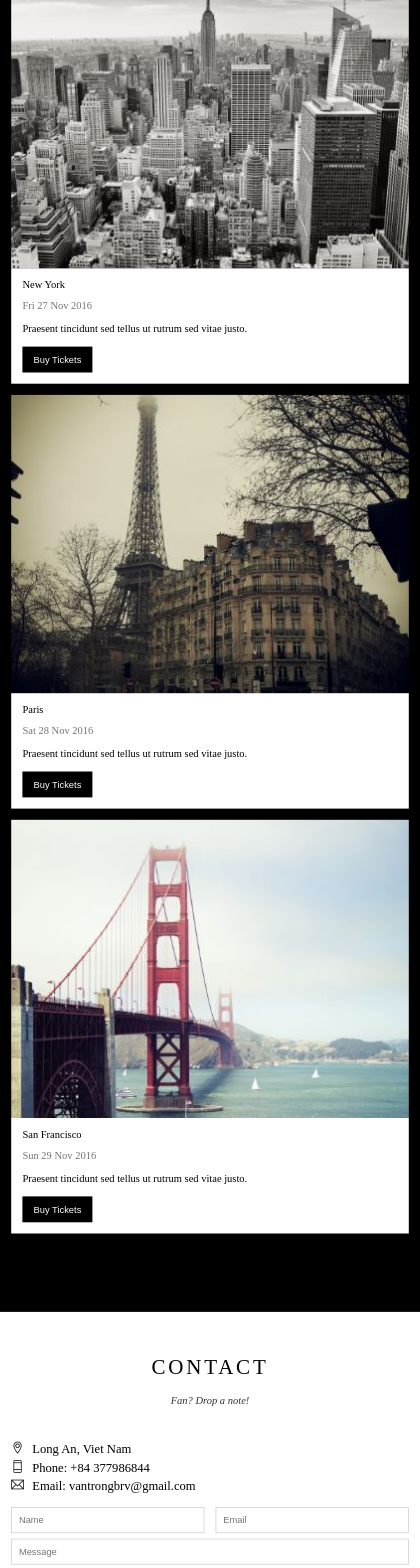
Repository: vanntrong/w3_band
Page: index.html
The author's editor kept a copy of each file at every save. The page is drawn from the files as they stood at one save, then again after the next save.
The browser window is 600 px wide. The pictures show the part of the page from y = 2873 to 5113 px (the page is 5751 px tall), at 70% of full size.

Above is the page before, as saved 2021-08-27 20:38:20.

### index.html
<!DOCTYPE html>
<html lang="en">
  <head>
    <meta charset="UTF-8" />
    <meta http-equiv="X-UA-Compatible" content="IE=edge" />
    <meta name="viewport" content="width=device-width, initial-scale=1.0" />
    <title>BLΛƆKPIИK</title>
    <link rel="stylesheet" href="./assest/css/reset.css" />
    <link rel="stylesheet" href="./assest/css/index.css" />
    <link rel="stylesheet" href="./assest/css/responsive.css" />
    <link rel="stylesheet" href="./assest/font/themify-icons-font/themify-icons/themify-icons.css" />
    <link rel="stylesheet" href="./script/script.js" />
  </head>
  <body>
    <div id="main">
      <div id="header">
        <!-- Begin: nav -->
        <ul id="nav">
          <li><a href="#">Home</a></li>
          <li><a href="#about">Band</a></li>
          <li><a href="#tour">Tour</a></li>
          <li><a href="#contact">Contact</a></li>
          <li>
            <a href="#">
              More
              <i class="nav-arrow-down ti-angle-down"></i>
            </a>
            <ul class="subnav">
              <li><a href="#">Merchandise</a></li>
              <li><a href="#">Extras</a></li>
              <li><a href="#">Media</a></li>
            </ul>
          </li>
        </ul>
        <!-- End: nav -->

        <!-- Begin: Search button -->
        <div class="search-btn">
          <i class="search-icon ti-search"></i>
        </div>
        <!-- End: Search button -->

        <!-- Begin: mobile menu -->
        <div id="mobile-menu" class="mobile-menu-btn">
          <i class="menu-icon ti-menu"></i>
        </div>
        <!-- End: mobile menu -->
      </div>

      <div id="slider">
        <div class="text-content">
          <h2 class="text-heading">BLACKPINK</h2>
          <div class="text-description">BLACKPINK IN YOUR AREA</div>
        </div>
      </div>

      <div id="content">
        <div class="about-section">
          <!-- About section -->
          <div class="content-section" id="about">
            <a href="https://www.instagram.com/blackpinkofficial/" target="blank"
              ><h2 class="section-heading">BLΛƆKPIИK</h2></a
            >
            <p class="section-sub-heading">BLACKPINK In Your Area</p>
            <p class="about-text">
              Blackpink (Hangul: 블랙핑크; thường được viết cách điệu là BLACKPINK hoặc BLΛƆKPIИK) là một nhóm nhạc nữ
              Hàn Quốc do công ty YG Entertainment thành lập và quản lý. Nhóm gồm 4 thành viên Jisoo, Jennie, Rosé,
              Lisa. Blackpink chính thức ra mắt với album đĩa đơn đầu tay mang tên Square One gồm hai ca khúc
              "Boombayah" và "Whistle". Cả hai sau đó đã lọt vào bảng xếp hạng World Digital Songs của Billboard và bảng
              xếp hạng nhạc số Gaon của Hàn Quốc. Blackpink là nhóm nhạc nữ Hàn Quốc có thứ hạng cao nhất trên bảng xếp
              hạng Billboard Hot 100 khi đạt vị trí thứ 13 với "Ice Cream" (2020) và trên Billboard 200 với The Album
              (2020) ở vị trí thứ hai. Blackpink là nhóm nhạc nữ K-pop đầu tiên lọt vào và dẫn đầu bảng xếp hạng
              Emerging Artists của Billboard đồng thời sở hữu ba đĩa đơn quán quân trên bảng xếp hạng World Digital Song
              Sales của Billboard. Họ cũng là nhóm nhạc nữ Hàn Quốc đầu tiên nhận được chứng nhận từ Hiệp hội Công
              nghiệp ghi âm Hoa Kỳ (RIAA) cho đĩa đơn "Ddu-Du Ddu-Du" (2018) – video âm nhạc có nhiều lượt xem nhất trên
              YouTube của một nhóm nhạc Hàn Quốc. Blackpink cũng là nhóm sở hữu số lượng bài hát lọt vào top 40 tại
              Vương quốc Anh nhiều nhất. Ca khúc "Kiss and Make Up" là bài hát đầu tiên của một nhóm nhạc nữ Hàn Quốc
              nhận được chứng nhận từ British Phonographic Industry và được chứng nhận đĩa bạch kim bởi Hiệp hội Công
              nghiệp Ghi âm Úc (ARIA).
            </p>
            <div class="member-list">
              <div class="member-item">
                <a href="https://www.instagram.com/sooyaaa__/" target="blank"><p class="member-name">Jisoo</p></a>
                <a href="https://www.instagram.com/sooyaaa__/" target="blank"
                  ><img src="./assest/img/team/jisoo/jisoo.jpg" alt="Image-of-Jisoo" class="member-img"
                /></a>
              </div>
              <div class="member-item">
                <a href="https://www.instagram.com/lalalalisa_m/" target="blank"><p class="member-name">Lisa</p></a>
                <a href="https://www.instagram.com/lalalalisa_m/" target="blank"
                  ><img src="./assest/img/team/lisa/lisa.jpg" alt="Image of Jisoo" class="member-img"
                /></a>
              </div>
              <div class="member-item">
                <a href="https://www.instagram.com/roses_are_rosie/" target="blank"><p class="member-name">Rosé</p></a>
                <a href="https://www.instagram.com/roses_are_rosie/" target="blank"
                  ><img src="./assest/img/team/rose/rose.jpg" alt="Image of Jisoo" class="member-img"
                /></a>
              </div>
              <div class="member-item">
                <a href="https://www.instagram.com/jennierubyjane/" target="blank"><p class="member-name">Jennie</p></a>
                <a href="https://www.instagram.com/jennierubyjane/" target="blank"
                  ><img src="./assest/img/team/jennie/jennie.jpg" alt="Image of Jisoo" class="member-img"
                /></a>
              </div>
            </div>
          </div>
        </div>
        <div class="tour-section">
          <!-- tour section -->
          <div id="tour" class="content-section">
            <h2 class="section-heading text-white">TOUR DATES</h2>
            <p class="section-sub-heading text-white">Remember to book your tickets!</p>

            <ul class="ticket-list">
              <li>September <span class="sold-out">Sold out</span></li>
              <li>October <span class="sold-out">Sold out</span></li>
              <li>November <span class="quantity">3</span></li>
            </ul>

            <!-- places -->
            <div class="places-list">
              <div class="place-item">
                <img src="./assest/img/places/newyork.jpg" alt="New York" class="place-img" />
                <div class="place-body">
                  <h3 class="place-heading">New York</h3>
                  <p class="place-time">Fri 27 Nov 2016</p>
                  <p class="place-desc text-black">Praesent tincidunt sed tellus ut rutrum sed vitae justo.</p>
                  <button class="place-buy-btn js-buy-ticket">Buy Tickets</button>
                </div>
              </div>
              <div class="place-item">
                <img src="./assest/img/places/paris.jpg" alt="Paris" class="place-img" />
                <div class="place-body">
                  <h3 class="place-heading">Paris</h3>
                  <p class="place-time">Sat 28 Nov 2016</p>
                  <p class="place-desc text-black">Praesent tincidunt sed tellus ut rutrum sed vitae justo.</p>
                  <button class="place-buy-btn js-buy-ticket">Buy Tickets</button>
                </div>
              </div>
              <div class="place-item">
                <img src="./assest/img/places/sanfran.jpg" alt="San Francisco" class="place-img" />
                <div class="place-body">
                  <h3 class="place-heading">San Francisco</h3>
                  <p class="place-time">Sun 29 Nov 2016</p>
                  <p class="place-desc text-black">Praesent tincidunt sed tellus ut rutrum sed vitae justo.</p>
                  <button class="place-buy-btn js-buy-ticket">Buy Tickets</button>
                </div>
              </div>
              <div class="clear"></div>
            </div>
          </div>
        </div>

        <!-- begin: contact section -->
        <div id="contact" class="content-section">
          <h2 class="section-heading text-black">CONTACT</h2>
          <p class="section-sub-heading text-black">Fan? Drop a note!</p>

          <div class="row contact-content">
            <div class="col col-half s-col-full contact-info">
              <p><i class="ti-location-pin"></i>Long An, Viet Nam</p>
              <p><i class="ti-mobile"></i>Phone: +84 377986844</p>
              <p><i class="ti-email"></i>Email: vantrongbrv@gmail.com</p>
            </div>

            <div class="col col-half s-col-full contact-form">
              <form action="">
                <div class="row">
                  <div class="col col-half">
                    <input type="text" name="" placeholder="Name" required id="" class="form-control" />
                  </div>

                  <div class="col col-half">
                    <input type="email" name="" placeholder="Email" required id="" class="form-control" />
                  </div>
                </div>
                <div class="row mt-8px">
                  <div class="col col-full">
                    <input type="text" name="" placeholder="Message" required id="" class="form-control" />
                  </div>
                </div>

                <input class="form-submit-btn mt-16px s-full-width" type="submit" value="SEND" />
              </form>
            </div>
          </div>
        </div>
        <!-- end: contact section -->
        <div class="map-section">
          <img class="map-img" src="./assest/img/places/map.jpg" alt="" />
        </div>
      </div>

      <div id="footer">
        <div class="social-list">
          <a target="blank" href="https://www.facebook.com/votrong143/"><i class="ti-facebook"></i></a>
          <a target="blank" href="https://www.instagram.com/va.trogn/"><i class="ti-instagram"></i></a>
          <a target="blank" href="https://github.com/vanntrong"><i class="ti-github"></i></a>
          <a href="#"><i class="ti-pinterest"></i></a>
          <a href="#"><i class="ti-twitter-alt"></i></a>
          <a href="#"><i class="ti-linkedin"></i></a>
        </div>
        <p class="copyright">Powered by <a href="">VanTrong</a></p>
      </div>
    </div>

    <div class="modal js-modal">
      <div class="modal-container js-modal-container">
        <div class="modal-close js-modal-close">
          <i class="ti-close"></i>
        </div>

        <header class="modal-header">
          <i class="ti-bag"></i>
          Tickets
        </header>

        <div class="modal-body">
          <label for="ticket-quantity" class="modal-label">
            <i class="ti-shopping-cart"></i>
            Tickets, $15 per person
          </label>
          <input id="ticket-quantity" type="text" required class="modal-input" placeholder="How many?" />

          <label for="ticket-email" class="modal-label">
            <i class="ti-user"></i>
            Send To
          </label>
          <input id="ticket-email" type="text" required class="modal-input" placeholder="Enter email" />

          <button id="buy-tickets">
            Pay
            <i class="ti-check"></i>
          </button>
        </div>

        <footer class="modal-footer">
          <p class="modal-help">Need <a href="">help?</a></p>
        </footer>
      </div>
    </div>

    <script>
      const buyBtns = document.querySelectorAll(".js-buy-ticket");
      const modal = document.querySelector(".js-modal");
      const modalClose = document.querySelector(".js-modal-close");
      const modalContainer = document.querySelector(".js-modal-container");

      //show modal buy ticket (add class open to modal)
      function showBuyTicket() {
        modal.classList.add("open");
      }
      //hide modal buy ticket (remove class open to modal)
      function hideBuyTicket() {
        modal.classList.remove("open");
      }

      //lap qua tung the button va nghe hanh vi click
      for (const buyBtn of buyBtns) {
        buyBtn.addEventListener("click", showBuyTicket);
      }

      //click vao dong modal
      modalClose.addEventListener("click", hideBuyTicket);

      //click vao ben ngoai thi thoat modal
      modal.addEventListener("click", hideBuyTicket);

      //fix bug bam vao modal thi bi thoat ra
      modalContainer.addEventListener("click", function (event) {
        event.stopPropagation();
      });

      // Open mobile menu
      var header = document.getElementById("header");
      var mobileMenu = document.getElementById("mobile-menu");
      var headerHeight = header.clientHeight;

      mobileMenu.onclick = function () {
        var isClose = header.clientHeight === headerHeight;
        if (isClose) {
          header.style.height = "auto";
        } else {
          header.style.height = null;
        }
      };

      //auto close menu mobile
      var menuItems = document.querySelectorAll('#nav li a[href*="#"]');
      for (var i = 0; i < menuItems.length; i++) {
        var menuItem = menuItems[i];

        menuItem.onclick = function (event) {
          var isParentMenu = this.nextElementSibling && this.nextElementSibling.classList.contains("subnav");
          if (isParentMenu) {
            event.preventDefault();
          } else {
            header.style.height = null;
          }
        };
      }
    </script>
  </body>
</html>

### assest/css/index.css
/* reset css */
* {
  padding: 0;
  margin: 0;
  box-sizing: border-box;
}

/* end reset */

html {
  scroll-behavior: smooth;
  /* font-family: Helvetica, Arial, sans-serif; */
  font-family: "Times New Roman", Times, serif;
}

/*
1. Vị trí
2. Kích thước
3. Màu sắc
4. Kiểu dáng (kiểu chữ, hình tròn, hình vuông)
*/

/* css dùng chung */

#main {
}

.clear {
  clear: both;
}

.text-white {
  color: #fff !important;
}

.text-black {
  color: #000 !important;
}

.mt-8px {
  margin-top: 8px !important;
}

.mt-16px {
  margin-top: 16px !important;
}

.row {
  margin-left: -8px;
  margin-right: -8px;
}

.row::after {
  content: "";
  display: block;
  clear: both;
}

.col {
  float: left;
  padding-left: 8px;
  padding-right: 8px;
}

.col-full {
  width: 100%;
}

.col-half {
  width: 50%;
}

/* Begin header */
#header {
  position: fixed;
  top: 0;
  left: 0;
  right: 0;
  height: 46px;
  background-color: #000;
  z-index: 1;
}

#nav {
  display: inline-block;
}

#nav,
.subnav {
  list-style-type: none;
}

#nav > li {
  display: inline-block;
}

#nav li {
  position: relative;
}

#nav li:first-child {
  display: inline-block;
}

#nav > li > a {
  color: #fff;
  text-transform: uppercase;
}

#nav li a {
  text-decoration: none;
  line-height: 46px;
  padding: 0 24px;
  display: block;
}

#nav li:hover .subnav {
  display: block;
}

#nav > li:hover > a,
#nav .subnav li:hover {
  color: #000;
  background-color: #ccc;
}

#nav .subnav {
  display: none;
  position: absolute;
  top: 100%;
  left: 0;
  background-color: #fff;
  box-shadow: 0 0 10px rgba(0, 0, 0, 0.3);
  min-width: 160px;
}

#nav .subnav a {
  color: #000;
  padding: 0 12px;
  line-height: 38px;
}

#nav .ti-angle-down {
  font-size: 12px;
}

#header .mobile-menu-btn {
  position: absolute;
  top: 0;
  right: 0;
  display: none;
}

#header .mobile-menu-btn,
#header .search-btn {
  float: right;
  padding: 0 21px;
}

#header .mobile-menu-btn:hover {
  background-color: #ccc;
}

#header .mobile-menu-btn:hover .menu-icon {
  color: #000;
}

#header .search-btn:hover {
  cursor: pointer;
  background-color: #f44336;
}

#header .menu-icon,
#header .search-icon {
  color: #fff;
  font-size: 20px;
  line-height: 46px;
}
/* end header */

/* Begin slider */
#slider {
  position: relative;
  margin-top: 46px;
  padding-top: 50%;
  background: url("../img/slider/slider1.jpg") top center / cover no-repeat;
}

#slider .text-content {
  position: absolute;
  bottom: 48px;
  color: #fff;
  width: 100%;
  text-align: center;
}

#slider .text-heading {
  font-weight: 500px;
  font-size: 24px;
}

#slider .text-description {
  font-size: 15px;
  margin-top: 15px;
}
/* end slider */

/* begin content */
#content {
}

/* #content .about-section {
    background-color: #000;
} */

#content .tour-section {
  background-color: #000;
}

#content a {
  text-decoration-line: none;
}

#content p {
  color: black;
}

/* dùng tạm */
#content #contact p {
  color: black;
}

#content .content-section {
  width: 800px;
  max-width: 100%;
  padding: 64px 0;
  margin-left: auto;
  margin-right: auto;
  padding-left: 16px;
  padding-right: 16px;
}

#content .section-heading {
  font-size: 30px;
  /* color: pink; */
  font-weight: 500px;
  text-align: center;
  /* Khoảng cách giữa các chữ */
  letter-spacing: 4px;
  color: black;
}

#content .section-sub-heading {
  font-size: 15px;
  text-align: center;
  margin-top: 25px;
  /* kiểu chữ */
  font-style: italic;
  /* làm mờ */
  opacity: 0.8;
}

#content .about-text {
  margin-top: 25px;
  /* justify căn đều văn bản */
  text-align: justify;
  line-height: 1.5;
}

#content .member-list {
  margin-top: 48px;
  overflow: hidden;
}

#content .member-item {
  float: left;
  width: 25%;
  text-align: center;
}

#content .member-name {
  font-size: 15px;
  color: black;
}

#content .member-img {
  margin-top: 15px;
  width: 180px;
  border-radius: 5px;
}

.ticket-list {
  margin-top: 40px;
  background-color: #fff;
}

.ticket-list li {
  font-size: 15px;
  padding: 11px 16px;
  border-bottom: 1px solid #ddd;
  color: #757575;
  list-style: none;
}

.ticket-list .sold-out {
  background-color: #f44336;
  padding: 3px 4px;
  margin-left: 16px;
  color: #fff;
}

.ticket-list .quantity {
  float: right;
  width: 24px;
  height: 24px;
  background-color: #000;
  color: #fff;
  border-radius: 50%;
  text-align: center;
  line-height: 24px;
  margin-top: -3px;
}

/* ctrl+D ->  ctrl+right -> alt+shift+right */
/* place */

.places-list {
  margin: 32px -8px 0;
  padding-bottom: 48px;
}

.place-item {
  float: left;
  width: 33.33333%;
  padding: 0px 8px;
  /* margin-top: 32px; */
}

.place-img {
  width: 100%;
  display: block;
}

.place-img:hover {
  opacity: 0.6;
}

.place-body {
  background-color: #fff;
  padding: 16px;
  font-size: 15px;
}

.place-heading {
}

.place-time {
  margin-top: 15px;
  color: #757575 !important;
}

.place-desc {
  margin-top: 15px;
  line-height: 1.4;
}

.place-buy-btn {
  color: #fff;
  background-color: #000;
  padding: 11px 16px;
  display: inline-block;
  margin-top: 15px;
  border: none;
  cursor: pointer;
}

.place-buy-btn:hover {
  background-color: #ccc;
  color: #000;
}

.contact-content {
  margin-top: 48px;
}

.contact-info {
  font-size: 18px;
  line-height: 1.5;
}

.contact-info i[class*="ti-"] {
  width: 30px;
  display: inline-block;
}

.contact-form {
  font-size: 15px;
}

.contact-form .form-control {
  padding: 10px;
  border: 1px solid #ccc !important;
  width: 100%;
}

.contact-form .form-submit-btn {
  background-color: #000;
  color: #fff;
  float: right;
  padding: 10px 16px;
  border: 1px solid #000;
}

.contact-form .form-submit-btn:hover {
  background-color: #ccc;
  color: #000;
  cursor: pointer;
}

.map-img {
  width: 100%;
}
/* end content */

/* begin footer */
#footer {
  padding: 64px 16px;
  text-align: center;
}

#footer .social-list {
  font-size: 24px;
}

#footer .social-list a {
  color: rgba(0, 0, 0, 0.6);
  text-decoration: none;
}

#footer .social-list a:hover {
  color: rgba(0, 0, 0, 0.4);
}

#footer .copyright {
  color: rgba(0, 0, 0, 0.6);
  padding-top: 15px;
}

#footer .copyright a {
  color: rgba(0, 0, 0, 0.6);
}

#footer .copyright a:hover {
  color: rgba(0, 0, 0, 0.4);
}
/* end footer */
.modal {
  position: fixed;
  top: 0;
  left: 0;
  right: 0;
  bottom: 0;
  background: rgba(0, 0, 0, 0.4);
  display: none;
  align-items: center;
  justify-content: center;
}

.modal-container {
  background: #fff;
  max-width: calc(100% - 32px);
  width: 900px;
  min-height: 200px;
  position: relative;
  animation: modalFaceIn ease 0.5s;
}

.modal-header {
  background-color: #009688;
  height: 130px;
  display: flex;
  align-items: center;
  justify-content: center;
  font-size: 30px;
  color: #fff;
  letter-spacing: 4px;
}

/* .modal-heading-icon {
    margin-right: 16px;
} */

.modal-close {
  position: absolute;
  right: 0;
  top: 0;
  color: #fff;
  padding: 12px;
  cursor: pointer;
  opacity: 0.8;
}

.modal-close:hover {
  opacity: 1;
}

.modal-body {
  padding: 16px;
}

.modal-label {
  display: block;
  font-size: 15px;
  margin-bottom: 12px;
}

.modal-input {
  border: 1px solid #ccc;
  width: 100%;
  padding: 8px;
  font-size: 15px;
  margin-bottom: 24px;
}

#buy-tickets {
  background-color: #009688;
  border: none;
  color: #fff;
  width: 100%;
  text-transform: uppercase;
  padding: 16px;
  cursor: pointer;
}

#buy-tickets:hover {
  opacity: 0.8;
}

.modal-footer {
  padding: 16px;
  text-align: right;
  margin-bottom: 10px;
}

.modal-footer a {
  color: #2196f3;
}

.modal.open {
  display: flex;
}

@keyframes modalFaceIn {
  from {
    transform: translateY(-140px);
    opacity: 0;
  }
  to {
    transform: translateY(0);
    opacity: 1;
  }
}

### assest/css/responsive.css
@media (max-width: 740px) {
  #nav {
    display: block;
  }

  #nav li {
    display: block;
  }

  #nav li a {
    padding: 1px 24px;
  }

  #nav .subnav {
    position: inherit;
    background-color: #333;
  }

  #nav .subnav {
    color: #fff;
    padding: 5px 41px;
  }

  #header {
    overflow: hidden;
  }

  #header .search-btn {
    display: none;
  }

  #header .mobile-menu-btn {
    display: block;
  }

  #content .member-item {
    width: 100%;
  }

  #content .member-name {
    margin-top: 30px;
  }

  .place-item {
    width: 100%;
    margin-top: 16px;
  }

  .s-full-width,
  .s-col-full {
    width: 100% !important;
  }

  .contact-form {
    margin-top: 16px;
  }
}

Loaded but not shown: assest/css/reset.css (common file); assest/font/themify-icons-font/themify-icons/themify-icons.css (common file); script/script.js (no stored copy; drawn as an empty file)

After the next save:
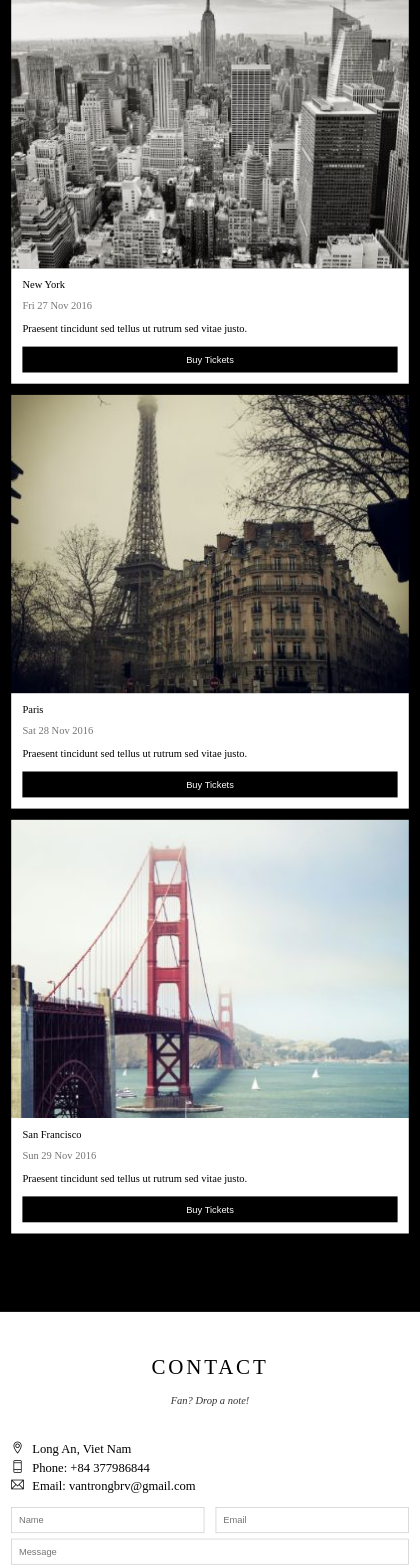
Saved 72 s later.
--- a/assest/css/responsive.css
+++ b/assest/css/responsive.css
@@ -46,6 +46,11 @@
     margin-top: 16px;
   }
 
+  .place-buy-btn {
+    width: 100%;
+    text-align: center;
+  }
+
   .s-full-width,
   .s-col-full {
     width: 100% !important;
